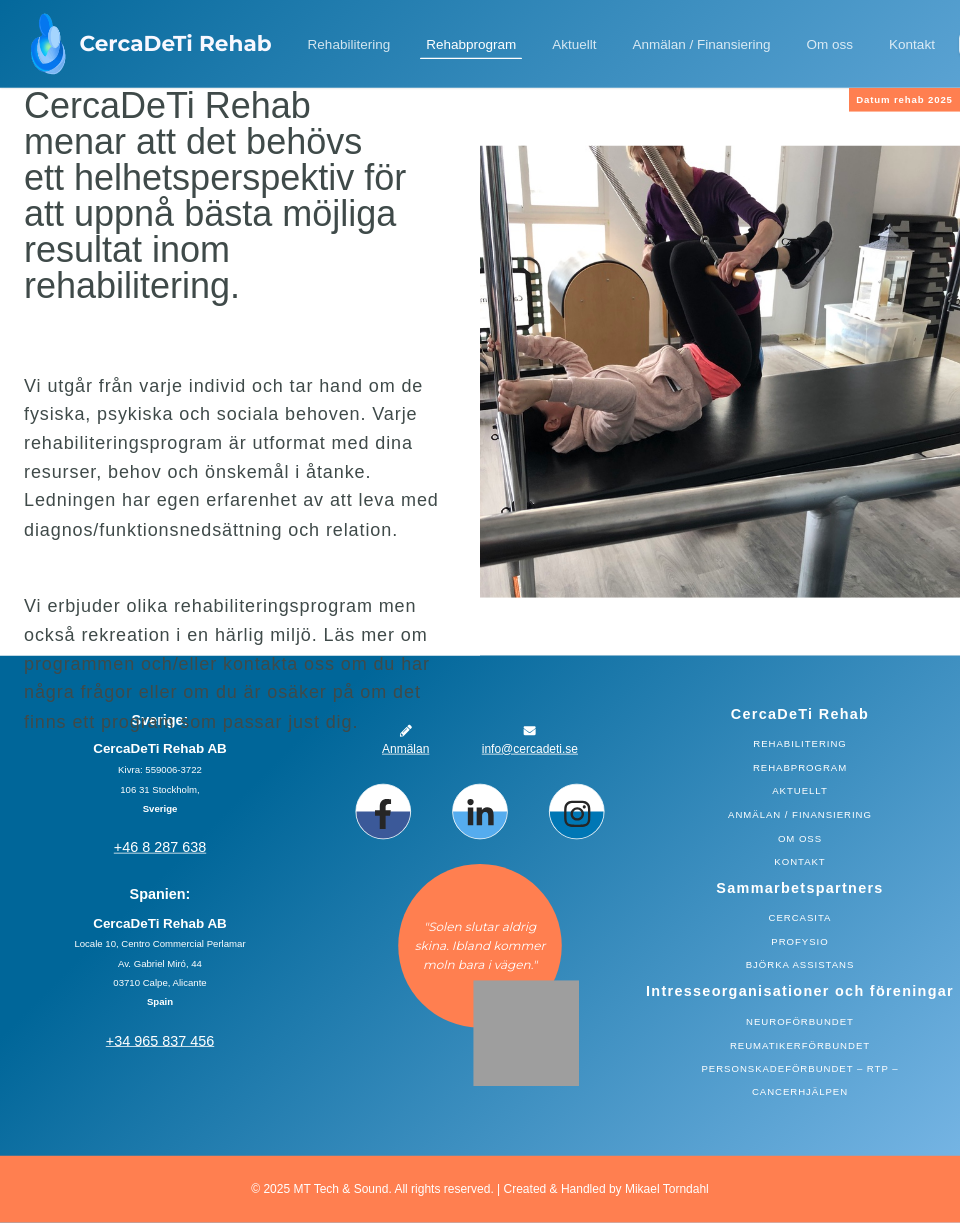
Repository: micketorndahl/CercaDeTi-rehab
Page: Rehabprogram.html
The author's editor kept a copy of each file at every save. The page is drawn from the files as they stood at one save, then again after the next save.
The browser window is 1280 px wide. The pictures show the whole page, at 75% of full size.
Pictures or frames that could not be fetched are drawn as grey boxes. The page's requests for data from a server got no answer. Some web fonts or font styles are not loaded; a fallback is used. Some web libraries are served in a nearby version.

Above is the page before, as saved 2025-02-07 02:48:46.
Console error: TypeError: Cannot set properties of null (setting 'innerHTML')

### Rehabprogram.html
<!DOCTYPE html>
<html lang="en">
  <head>
    <meta charset="UTF-8" />
    <meta name="viewport" content="width=device-width, initial-scale=1.0" />

    <link
      rel="stylesheet"
      href="https://use.fontawesome.com/releases/v5.6.3/css/all.css"
      integrity="sha384-UHRtZLI+pbxtHCWp1t77Bi1L4ZtiqrqD80Kn4Z8NTSRyMA2Fd33n5dQ8lWUE00s/"
      crossorigin="anonymous"
    />

    <script src="https://cdnjs.cloudflare.com/ajax/libs/font-awesome/5.15.4/js/all.min.js"></script>

    <link rel="stylesheet" href="style.css" />
    <link rel="stylesheet" href="tailwind.css" />
    <title>CercaDeTi Rehab</title>
  </head>
  <body>
    <div class="site-container">
      <header class="header">
        <div class="logo-wrapper">
          <div class="logo">
            <div class="logo-and-text">
              <a href="index.html">
                <img src="/images/cropped-CDTR.gif" alt="Logo" />
                <h1 class="cercadeti">CercaDeTi Rehab</h1>
              </a>
            </div>
          </div>
        </div>

        <nav class="main-nav">
          <div class="nav-container">
            <ul>
              <li>
                <a href="rehabilitering.html">Rehabilitering</a>
              </li>
              <li>
                <a href="rehabprogram.html" class="active">Rehabprogram</a>
              </li>
              <li><a href="aktuellt.html">Aktuellt</a></li>
              <li><a href="anmalan-finans.html">Anmälan / Finansiering</a></li>
              <li><a href="om-oss.html">Om oss</a></li>
              <li><a href="kontakt.html">Kontakt</a></li>
            </ul>
          </div>
        </nav>

        <div class="social-container">
          <div class="social">
            <ul>
              <li>
                <a
                  href="https://www.facebook.com/CercadetiRehab/"
                  title="Facebook"
                  ><i class="fab fa-facebook-f icon"></i
                ></a>
              </li>
              <li>
                <a
                  href="https://www.linkedin.com/company/cercadeti-rehab-ab"
                  title="LinkedIn"
                  ><i class="fab fa-linkedin-in icon"></i
                ></a>
              </li>
              <li>
                <a
                  href="https://www.instagram.com/cercadetirehab/"
                  title="Instagram"
                  ><i class="fab fa-instagram icon"></i
                ></a>
              </li>
            </ul>
          </div>
          <!-- DATES START -->
          <div class="dates-index">
            <div class="card-index">
              <h3>Datum rehab 2025</h3>
              <ul>
                <li>
                  5 – 26 April 2025
                  <a href="anmalan-form.html?period=april" class="label-tag"
                    >Anmäl</a
                  >
                </li>
                <li>
                  10 – 31 Maj 2025
                  <a href="anmalan-form.html?period=maj" class="label-tag"
                    >Anmäl</a
                  >
                </li>
                <li>
                  6 – 27 September 2025
                  <a href="anmalan-form.html?period=september" class="label-tag"
                    >Anmäl</a
                  >
                </li>
                <li>
                  4 – 25 Oktober 2025
                  <a href="anmalan-form.html?period=oktober" class="label-tag"
                    >Anmäl</a
                  >
                </li>
                <li>
                  1 – 22 November 2025
                  <a href="anmalan-form.html?period=november" class="label-tag"
                    >Anmäl</a
                  >
                </li>
              </ul>
            </div>
          </div>
          <!-- DATES END -->
        </div>
      </header>

      <!-- MAIN START -->
      <main>
        <div class="container-rehabprogram">
          <div class="rehabprogram-and-banner-container">
            <section class="rehabprogram">
              <h2>
                CercaDeTi Rehab menar att det behövs ett helhetsperspektiv för
                att uppnå bästa möjliga resultat inom rehabilitering.
              </h2>
              <p>
                Vi utgår från varje individ och tar hand om de fysiska, psykiska
                och sociala behoven. Varje rehabiliteringsprogram är utformat
                med dina resurser, behov och önskemål i åtanke. Ledningen har
                egen erfarenhet av att leva med diagnos/funktionsnedsättning och
                relation.
              </p>

              <p>
                Vi erbjuder olika rehabiliteringsprogram men också rekreation i
                en härlig miljö. Läs mer om programmen och/eller kontakta oss om
                du har några frågor eller om du är osäker på om det finns ett
                program som passar just dig.
              </p>
            </section>

            <div class="banner-rehabprogram" id="banner-rehabprogram">
              <!-- Background layers -->
              <div class="image1"></div>
              <div class="image2"></div>
              <div class="image3"></div>
              <div class="image4"></div>
              <div class="image5"></div>
              <div class="image6"></div>
              <!-- Banner Content -->
              <div class="banner-content-rehabprogram">
                <div class="ctas-container">
                  <a href="#main" class="button-CTA">Program</a>
                </div>
              </div>
            </div>
          </div>

          <!-- <section class="programs-list">
            Lorem ipsum, dolor sit amet consectetur adipisicing elit. Minima
            dolorum facilis voluptate sit, et nostrum accusantium aut earum
            explicabo vitae! Similique excepturi a explicabo officiis. Deleniti
            dolor delectus nobis dolore. Aspernatur magnam hic rem mollitia
            porro corrupti quia repellendus fugit laborum nemo exercitationem
            tenetur maiores ipsa autem iure dolorem vero suscipit quibusdam,
            dolor aliquam error ad neque. Molestias, quae! Nemo? Veritatis modi
            quidem est quos? Dolorem ab libero unde ex natus minima laboriosam
            voluptates, nemo dignissimos, voluptatibus consequatur magni.
            Deserunt nihil rem molestias illum voluptatem in doloribus vel
            voluptatibus deleniti. Dolores, qui aut odio, mollitia culpa
            doloremque repellat tempora repellendus, excepturi unde quisquam.
            Alias quos, labore doloremque doloribus laboriosam aspernatur quo
            suscipit explicabo sequi quibusdam, eveniet, voluptatibus
            accusantium recusandae modi! A, voluptatum sequi explicabo incidunt
            perspiciatis quod non repellendus distinctio aliquid ab sunt vel
            dignissimos earum impedit minus voluptate, dolorem iusto labore
            officia eos perferendis corrupti dolorum fugiat. Sapiente,
            veritatis. Fuga optio quas obcaecati cum ab eligendi odio eum maxime
            nam doloremque fugiat corrupti soluta dolores qui non sunt
            praesentium, voluptates placeat error nemo voluptatem quaerat
            provident! Totam, aliquid consectetur. Adipisci delectus praesentium
            aliquid, eligendi, inventore nesciunt explicabo, ratione
            reprehenderit enim a commodi nobis sint atque? Vel, inventore. Vel
            veniam aut temporibus earum cum provident vitae ipsum sed incidunt
            ducimus? Fuga saepe est quo! Fugiat consectetur quas tempora eum id,
            sit odit nobis nihil non commodi illo rerum doloribus consequatur
            repellat dolore vitae voluptas sint saepe pariatur. Voluptates,
            eaque illo. Reprehenderit quod ea laboriosam eaque unde! Hic
            doloribus voluptatem adipisci earum incidunt sunt dolorem
            praesentium non ullam quisquam, iure quod reprehenderit recusandae
            iusto dolor autem consequatur ducimus dolorum molestiae porro.
            Labore in voluptatum quas consequuntur eos mollitia rerum. Doloribus
            veniam reprehenderit consectetur eius molestias sint asperiores
            commodi fugiat aperiam beatae! Id animi sed reiciendis cum
            blanditiis? Nihil sit dolores praesentium.
          </section> -->
        </div>
      </main>
      <!-- MAIN END -->

      <!-- FOOTER START -->
      <footer class="footer-container">
        <div class="footer-top">
          <div class="footarea1 footer-shared">
            <address class="address-shared address-se">
              <h5>Sverige:</h5>
              <strong
                ><span class="address-company-name"
                  >CercaDeTi Rehab AB</span
                ></strong
              ><br />
              <span class="address-location">Kivra: 559006-3722</span><br />
              <span class="address-city">106 31 Stockholm,</span><br />
              <span class="address-country"
                ><strong>Sverige</strong><br
              /></span>
              <br />
              <span class="telephone"
                ><a href="tel:+468287638">+46 8 287 638</a></span
              >
            </address>

            <div class="address-shared address-es">
              <address>
                <h5>Spanien:</h5>
                <strong
                  ><span class="address-company-name"
                    >CercaDeTi Rehab AB</span
                  > </strong
                ><br />
                <span class="address-location"
                  >Locale 10, Centro Commercial Perlamar</span
                ><br />
                <span class="address-street">Av. Gabriel Miró, 44</span><br />
                <span class="address-city">03710 Calpe, Alicante<br /></span>
                <span class="address-country"
                  ><strong>Spain</strong><br
                /></span>
                <br />
                <span class="telephone"
                  ><a href="tel:+34965837456">+34 965 837 456</a></span
                >
              </address>
            </div>
          </div>
          <div class="footarea2 footer-shared">
            <div class="footarea2-links">
              <a href="anmalan-finans.html"
                ><i class="fas fa-pencil-alt"></i> Anmälan</a
              >
              <a href="mailto:info@cercadeti.se"
                ><i class="fas fa-envelope"></i> info@cercadeti.se</a
              >
            </div>
            <div class="social-footer">
              <ul>
                <li>
                  <a
                    href="https://www.facebook.com/CercadetiRehab/"
                    title="Facebook"
                  >
                    <i class="fab fa-facebook-f icon"></i>
                  </a>
                </li>

                <li>
                  <a
                    href="https://www.linkedin.com/company/cercadeti-rehab-ab"
                    title="LinkedIn"
                    ><i class="fab fa-linkedin-in icon"></i
                  ></a>
                </li>
                <li>
                  <a
                    href="https://www.instagram.com/cercadetirehab/"
                    title="Instagram"
                    ><i class="fab fa-instagram icon"></i
                  ></a>
                </li>
              </ul>
            </div>
            <div class="image-container-footer">
              <div class="image-wrapper">
                <p class="footer-quote">
                  "Solen slutar aldrig skina. Ibland kommer moln bara i vägen."
                </p>
                <img src="images/weelchair.icon.png" alt="wheelchair-icon" />
              </div>
            </div>
          </div>
          <div class="footarea3 footer-shared">
            <nav class="footer-nav">
              <div class="link-column1">
                <h4>CercaDeTi Rehab</h4>
                <ul>
                  <li><a href="rehabilitering.html">Rehabilitering</a></li>
                  <li><a href="rehabprogram.html">Rehabprogram</a></li>
                  <li><a href="aktuellt.html">Aktuellt</a></li>
                  <li>
                    <a href="anmalan-finans.html">Anmälan / Finansiering</a>
                  </li>
                  <li><a href="om-oss.html">Om oss</a></li>
                  <li><a href="kontakt.html">Kontakt</a></li>
                </ul>
              </div>

              <div class="link-column2">
                <h4>Sammarbetspartners</h4>
                <ul>
                  <li><a href="https://cercasita.com/">Cercasita</a></li>
                  <li><a href="https://profysio.es/">ProFysio</a></li>
                  <li>
                    <a href="https://www.bjorka-assistans.se/"
                      >Björka Assistans</a
                    >
                  </li>
                </ul>
              </div>

              <div class="link-column3">
                <h4>Intresseorganisationer och föreningar</h4>
                <ul>
                  <li><a href="https://neuro.se/">Neuroförbundet</a></li>
                  <li>
                    <a href="https://reumatiker.se/">Reumatikerförbundet</a>
                  </li>
                  <li>
                    <a href="https://rtp.se/">Personskadeförbundet – RTP – </a>
                  </li>
                  <li>
                    <a href="http://www.cancerhjalpen.se/">Cancerhjälpen</a>
                  </li>
                </ul>
              </div>
            </nav>
          </div>
        </div>
        <div class="footer-bottom">
          <div class="copyright">
            &copy; 2025 MT Tech &amp; Sound. All rights reserved. | Created
            &amp; Handled by Mikael Torndahl
          </div>
          <div class="additional-info"></div>
        </div>
      </footer>
      <!-- FOOTER END -->
    </div>
    <!-- SCRIPT SRCS -->
    <script src="js/script.js"></script>
    <script src="js/weather-api.js"></script>
  </body>
</html>

### style.css
@import url("css/reset.css");
@import url("css/standard.css");
@import url("css/variables.css");
@import url("css/typography.css");
@import url("css/layout.css");
@import url("css/navigation.css");
@import url("css/post.css");
@import url("css/footer.css");
@import url("css/searchbox.css");
@import url("css/page-templates.css");
@import url("css/mq-tablet.css");
@import url("css/mq-phone.css");
@import url("css/effects.css");
@import url("css/specific-classes.css");

### css/standard.css
/*
/* STANDARD
*/

html {
  scroll-behavior: smooth;
}

a {
  text-decoration: none;
}

[class*="fa"]:not([class*="fab"]) {
  display: block;
  margin: 0 auto;
  padding: 0.2rem;
}

### css/navigation.css
/* NAV */

.main-nav {
  display: flex;
  justify-content: space-around;
  align-items: center;
  padding: 0;
  flex-grow: 0;
  flex-shrink: 0;
}

nav.main-nav ul {
  display: flex;
  justify-content: center;
  margin: 0;
  padding: 0;
}

nav.main-nav ul li {
  list-style: none;
  margin: 0 1rem;
}

.main-nav a {
  position: relative;
  display: inline-block;
  padding: 0.5rem;
  text-decoration: none;
  transition: color 0.2s ease-in-out;
}

nav.main-nav ul li a {
  font-family: var(--font-secondary), sans-serif;
  font-size: 18px;
  font-weight: 400;
  line-height: 1rem;
  /* Slightly darker default color */
  color: var(--dullwhite);
  text-decoration: none;
  transition: all 0.4s ease-in-out;
}

.nav-container {
  display: flex;
}

nav.main-nav ul li a:hover {
  color: var(--white); /* Brighter on hover */
}

nav.main-nav ul li a.active {
  color: var(--white); /* Brightest when active */
}

nav.main-nav ul li a.active::after {
  content: "";
  position: absolute;
  left: 0;
  bottom: -4px;
  width: 100%;
  height: 1px; /* Adjusted height here */
  background-color: var(--white);
  border-radius: 2px;
  transition: transform 0.3s ease, background-color 0.3s ease;
}

/* Hover underline that grows from the left */
nav.main-nav ul li a::after {
  content: "";
  position: absolute;
  left: 0;
  bottom: -4px;
  width: 0;
  height: 1px;
  background-color: var(--white);
  border-radius: 2px;
  transition: width 0.6s ease, background-color 0.6s ease;
  opacity: 0;
}

nav.main-nav ul li a:hover::after {
  width: 100%;
  opacity: 1;
  height: 1px;
}

/* Active link styles */
nav.main-nav ul li a.active::after {
  width: 100%;
  height: 2px; /* Adjusted height here */
  opacity: 1;
}

.social-container {
  display: flex;
  justify-content: space-evenly;
  padding: 0;
  margin: 0;
  align-items: center;
  flex-grow: 1;
  flex-shrink: 1;
}

.social ul {
  display: flex;
  margin: 0;
  padding: 0;
}

.social li {
  margin: 0 0.5rem;
}

.social ul > li > a {
  margin: 0;
  padding: 0;
}

.ctas-container {
  display: flex; /* Aligns buttons side by side */
  justify-content: center;
  align-items: center;
}

### css/post.css
/*
/* POST */
/*

### css/searchbox.css
/*
/* SEARCHBOX */
/*

### css/mq-tablet.css
/*
/* MQ-TABLET */
/*

### css/mq-phone.css
/*
/* MQ-PHONE*/
/*

### css/specific-classes.css
.wrapper-color1 {
  background-color: var(--wrapper-color1);
}

.wrapper-color2 {
  background-color: var(--wrapper-color2);
}

.wrapper-color3 {
  background-color: var(--wrapper-color3);
}

.wrapper-color4 {
  background-color: var(--wrapper-color4);
}

.wrapper-color5 {
  background-color: var(--wrapper-color5);
}

.wrapper-color6 {
  background-color: var(--wrapper-color6);
}

.wrapper-color7 {
  background-color: var(--wrapper-color7);
}

.wrapper-color8 {
  background-color: var(--wrapper-color8);
}

.padding-1 {
  padding-top: 6.6rem;
  padding-bottom: 6.6rem;
}

Loaded but not shown: tailwind.css (library); js/script.js (232 lines, source omitted); js/weather-api.js (90 lines, source omitted); css/page-templates.css (1047 lines, source omitted); css/layout.css (396 lines, source omitted); css/effects.css (384 lines, source omitted); css/reset.css (364 lines, source omitted); css/variables.css (111 lines, source omitted); css/footer.css (185 lines, source omitted); css/typography.css (151 lines, source omitted)

After the next save:
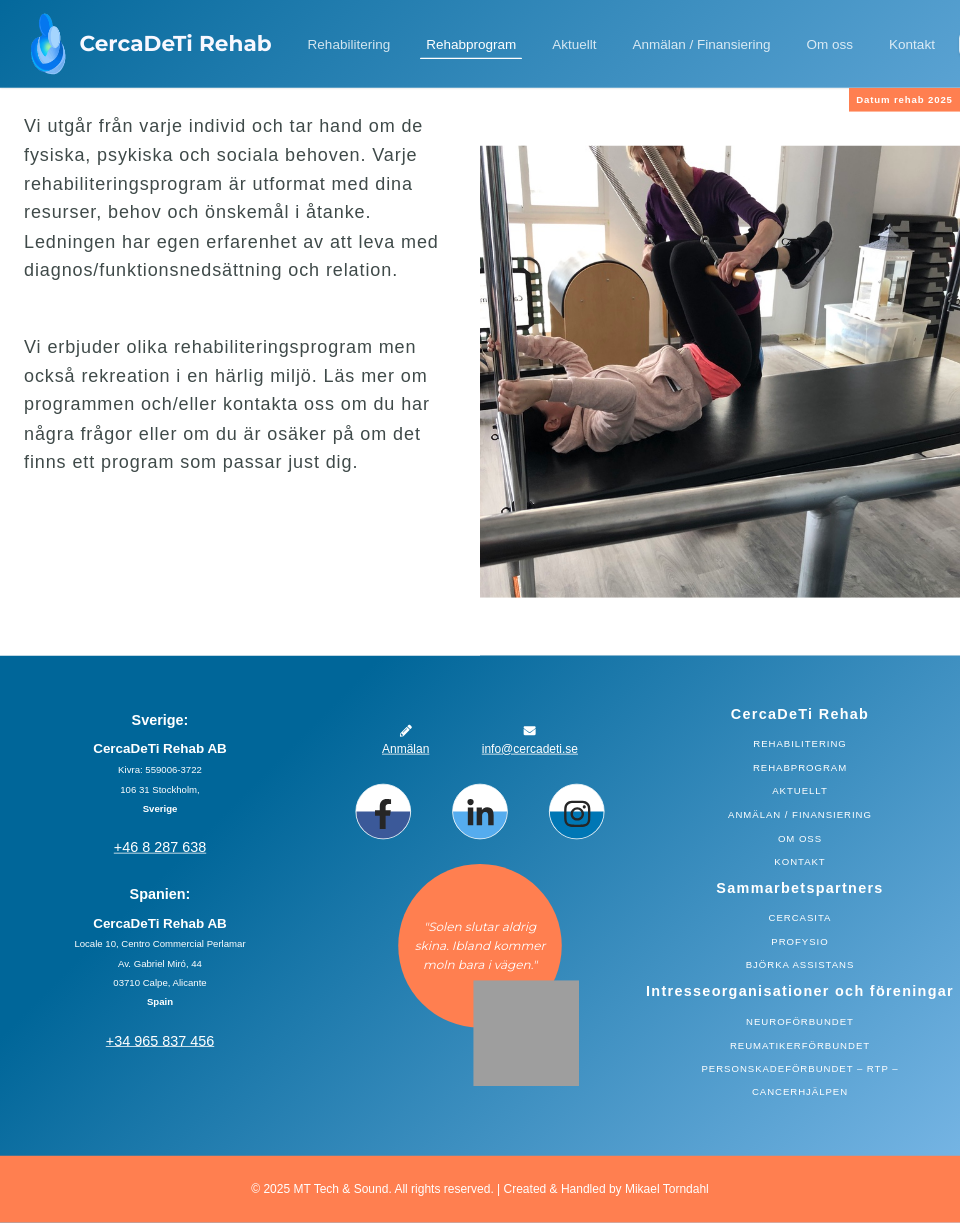
Saved 11 s later.
--- a/Rehabprogram.html
+++ b/Rehabprogram.html
@@ -121,10 +121,10 @@
         <div class="container-rehabprogram">
           <div class="rehabprogram-and-banner-container">
             <section class="rehabprogram">
-              <h2>
+              <!-- <h2>
                 CercaDeTi Rehab menar att det behövs ett helhetsperspektiv för
                 att uppnå bästa möjliga resultat inom rehabilitering.
-              </h2>
+              </h2> -->
               <p>
                 Vi utgår från varje individ och tar hand om de fysiska, psykiska
                 och sociala behoven. Varje rehabiliteringsprogram är utformat

After the save that followed:
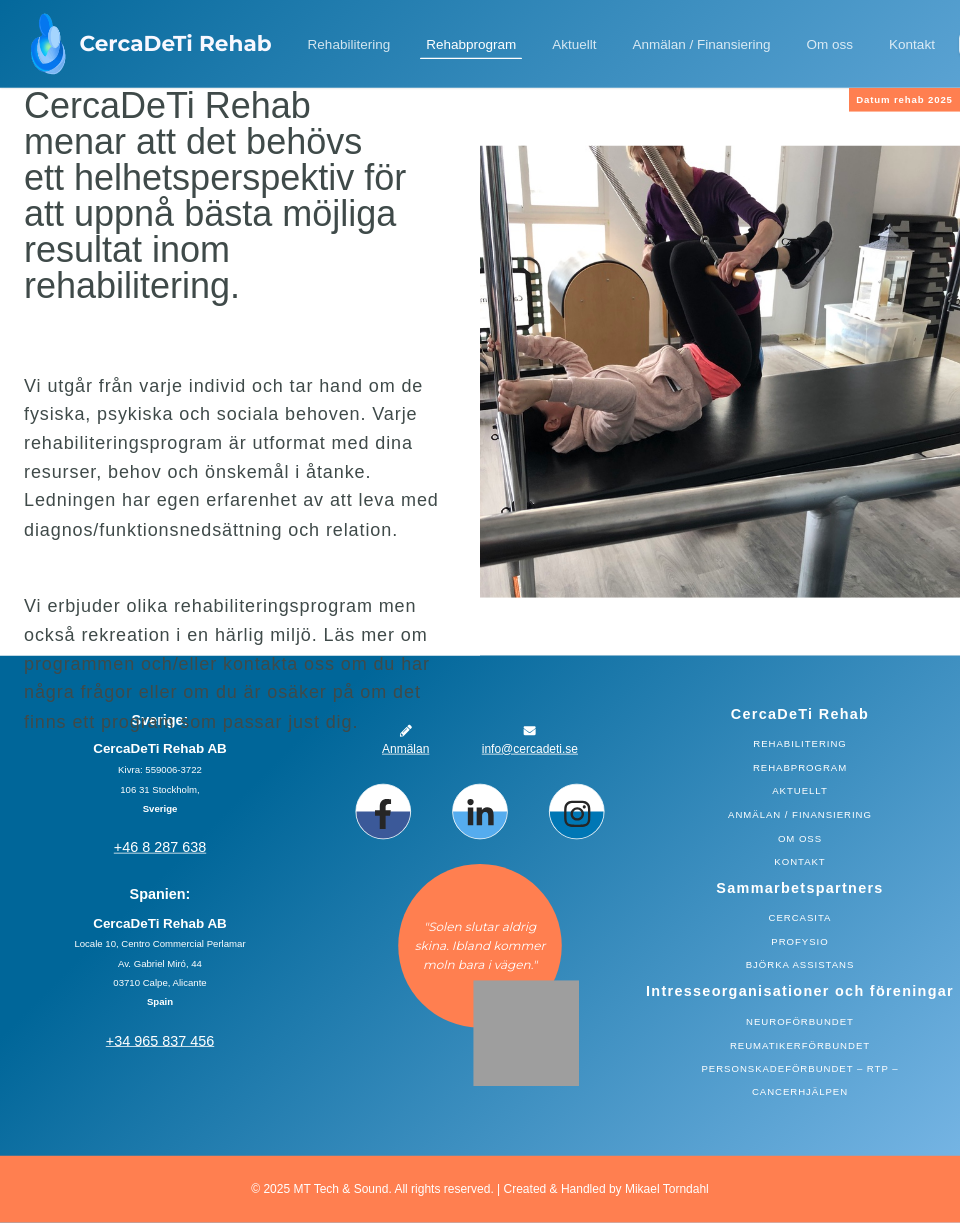
Saved 5 s later.
--- a/Rehabprogram.html
+++ b/Rehabprogram.html
@@ -121,10 +121,10 @@
         <div class="container-rehabprogram">
           <div class="rehabprogram-and-banner-container">
             <section class="rehabprogram">
-              <!-- <h2>
+              <h2>
                 CercaDeTi Rehab menar att det behövs ett helhetsperspektiv för
                 att uppnå bästa möjliga resultat inom rehabilitering.
-              </h2> -->
+              </h2>
               <p>
                 Vi utgår från varje individ och tar hand om de fysiska, psykiska
                 och sociala behoven. Varje rehabiliteringsprogram är utformat
